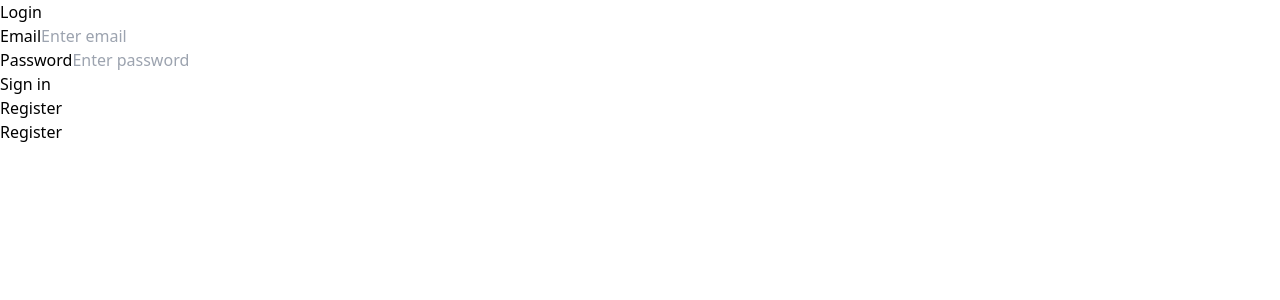
Repository: namandubey-0209/Todo
Page: /login (app in frontend/)
These files come from the project's save history. The page is drawn as it stood at one moment and after the next save; the edit follows.
The browser window is 1280 px wide. The pictures show the whole page.
The page's requests for data from a server got no answer. The project was rebuilt for these pictures with package versions that can differ from the ones it lists, and the page was loaded fresh each time. No one was signed in, and anything a server would have sent is missing. Also part of the build but not shown: frontend/vite.config.js, frontend/src/api/todos.js, frontend/src/hooks/useTodos.js, frontend/src/components/todos/TodoForm.jsx, frontend/src/components/todos/TodoItem.jsx, frontend/src/components/todos/TodoList.jsx, frontend/src/pages/Dashboard.jsx, frontend/src/pages/Register.jsx. Imported but missing from the stored project, and not drawn on this page: frontend/src/components/auth/ProtectedRoute.

Above is the page before, as saved 2025-04-06 03:37:01.

### frontend/index.html
<!doctype html>
<html lang="en">
  <head>
    <meta charset="UTF-8" />
    <link rel="icon" type="image/svg+xml" href="/vite.svg" />
    <meta name="viewport" content="width=device-width, initial-scale=1.0" />
    <title>Todo App</title>
    <link rel="preconnect" href="https://fonts.googleapis.com">
<link rel="preconnect" href="https://fonts.gstatic.com" crossorigin>
<link href="https://fonts.googleapis.com/css2?family=Inter:ital,opsz,wght@0,14..32,100..900;1,14..32,100..900&family=Press+Start+2P&display=swap" rel="stylesheet">
<link rel="stylesheet" href="https://cdnjs.cloudflare.com/ajax/libs/font-awesome/6.7.2/css/all.min.css" integrity="sha512-Evv84Mr4kqVGRNSgIGL/F/aIDqQb7xQ2vcrdIwxfjThSH8CSR7PBEakCr51Ck+w+/U6swU2Im1vVX0SVk9ABhg==" crossorigin="anonymous" referrerpolicy="no-referrer" />
  </head>
  <body>
    <div id="root"></div>
    <script type="module" src="/src/main.jsx"></script>
  </body>
</html>

### frontend/src/main.jsx
import React from 'react';
import ReactDOM from 'react-dom/client';
import App from './App';
import './styles/index.css';

ReactDOM.createRoot(document.getElementById('root')).render(
  <React.StrictMode>
    <App />
  </React.StrictMode>
);

### frontend/src/App.jsx
import { BrowserRouter, Routes, Route } from 'react-router-dom'
import { AuthProvider } from './context/AuthContext'
import Dashboard from './pages/Dashboard'
import Login from './pages/Login'
import Register from './pages/Register'
import ProtectedRoute from './components/auth/ProtectedRoute'

export default function App() {
  return (
    <AuthProvider>
      <BrowserRouter>
        <Routes>
          <Route path="/login" element={<Login />} />
          <Route path="/register" element={<Register />} />
          <Route element={<ProtectedRoute />}>
            <Route path="/" element={<Dashboard />} />
          </Route>
        </Routes>
      </BrowserRouter>
    </AuthProvider>
  )
}

### frontend/src/styles/index.css
@tailwind base;
@tailwind components;
@tailwind utilities;

/* Custom styles */
.todo-completed {
  @apply line-through text-gray-500;
}

### frontend/src/context/AuthContext.jsx
import { createContext, useState } from 'react';
import { login as apiLogin, register as apiRegister } from '../api/auth';

export const AuthContext = createContext();

export const AuthProvider = ({ children }) => {
  const [user, setUser] = useState(null);
  const [token, setToken] = useState(localStorage.getItem('token'));

  const login = async (email, password) => {
    const { token, user } = await apiLogin({ email, password });
    localStorage.setItem('token', token);
    setToken(token);
    setUser(user);
  };

  const register = async (username, email, password) => {
    const { token, user } = await apiRegister({ username, email, password });
    localStorage.setItem('token', token);
    setToken(token);
    setUser(user);
  };

  const logout = () => {
    localStorage.removeItem('token');
    setToken(null);
    setUser(null);
  };

  return (
    <AuthContext.Provider value={{ user, token, login, register, logout }}>
      {children}
    </AuthContext.Provider>
  );
};

### frontend/src/pages/Login.jsx
import { useState } from 'react'
import { useAuth } from '../hooks/useAuth'
import AuthForm from '../components/auth/AuthForm'
import AuthToggle from '../components/auth/AuthToggle'

export default function Login() {
  const { login } = useAuth()
  const [error, setError] = useState('')

  const handleLogin = async (email, password) => {
    try {
      await login(email, password)
    } catch (err) {
      setError('Invalid email or password')
    }
  }

  return (
    <div className="min-h-screen flex items-center justify-center bg-gray-50">
      <div className="bg-white p-8 rounded shadow-md w-full max-w-md">
        <h1 className="text-2xl font-bold mb-6 text-center">Login</h1>
        <AuthForm isLogin onSubmit={handleLogin} error={error} />
        <AuthToggle isLogin />
      </div>
    </div>
  )
}

### frontend/src/api/auth.js
import api from './axios';

export const register = (userData) => api.post('/auth/register', userData);
export const login = (credentials) => api.post('/auth/login', credentials);
export const logout = () => {
  localStorage.removeItem('token');
};

### frontend/src/components/auth/AuthForm.jsx
import { useState } from 'react'

export default function AuthForm({ isLogin, onSubmit, error }) {
  const [formData, setFormData] = useState({
    username: '',
    email: '',
    password: ''
  })

  const handleSubmit = (e) => {
    e.preventDefault()
    if (isLogin) {
      onSubmit(formData.email, formData.password)
    } else {
      onSubmit(formData.username, formData.email, formData.password)
    }
  }

  return (
    <form onSubmit={handleSubmit} className="space-y-4">
      {!isLogin && (
        <div>
          <label className="block text-sm font-medium text-gray-700">Username</label>
          <input
            type="text"
            placeholder="Enter username"
            value={formData.username}
            onChange={(e) => setFormData({...formData, username: e.target.value})}
            className="mt-1 block w-full px-3 py-2 border border-gray-300 rounded-md shadow-sm focus:outline-none focus:ring-blue-500 focus:border-blue-500"
            required
          />
        </div>
      )}

      <div>
        <label className="block text-sm font-medium text-gray-700">Email</label>
        <input
          type="email"
          placeholder="Enter email"
          value={formData.email}
          onChange={(e) => setFormData({...formData, email: e.target.value})}
          className="mt-1 block w-full px-3 py-2 border border-gray-300 rounded-md shadow-sm focus:outline-none focus:ring-blue-500 focus:border-blue-500"
          required
        />
      </div>

      <div>
        <label className="block text-sm font-medium text-gray-700">Password</label>
        <input
          type="password"
          placeholder="Enter password"
          value={formData.password}
          onChange={(e) => setFormData({...formData, password: e.target.value})}
          className="mt-1 block w-full px-3 py-2 border border-gray-300 rounded-md shadow-sm focus:outline-none focus:ring-blue-500 focus:border-blue-500"
          required
        />
      </div>

      {error && <p className="text-red-500 text-sm">{error}</p>}

      <button
        type="submit"
        className="w-full flex justify-center py-2 px-4 border border-transparent rounded-md shadow-sm text-sm font-medium text-white bg-blue-600 hover:bg-blue-700 focus:outline-none focus:ring-2 focus:ring-offset-2 focus:ring-blue-500"
      >
        {isLogin ? 'Sign in' : 'Register'}
      </button>
    </form>
  )
}

### frontend/src/components/auth/AuthToggle.jsx
import { useState } from 'react';

export default function RegisterForm({ onSubmit, error }) {
  const [username, setUsername] = useState('');
  const [email, setEmail] = useState('');
  const [password, setPassword] = useState('');

  const handleSubmit = (e) => {
    e.preventDefault();
    onSubmit(username, email, password);
  };

  return (
    <div className="bg-white p-8 rounded shadow-md w-full max-w-md">
      <h1 className="text-2xl font-bold mb-6 text-center">Register</h1>
      {error && <p className="text-red-500 mb-4 text-center">{error}</p>}
      <form onSubmit={handleSubmit}>
        {/* Form fields */}
        <button
          type="submit"
          className="w-full bg-blue-500 text-white py-2 px-4 rounded hover:bg-blue-600"
        >
          Register
        </button>
      </form>
    </div>
  );
}

### frontend/src/api/axios.js
import axios from 'axios';

const api = axios.create({
  baseURL: import.meta.env.VITE_API_URL || 'http://localhost:5000/api'
});

api.interceptors.request.use(config => {
  const token = localStorage.getItem('token');
  if (token) config.headers.Authorization = `Bearer ${token}`;
  return config;
});

api.interceptors.response.use(
  response => response,
  error => {
    if (error.response?.status === 401) {
      localStorage.removeItem('token');
      window.location.href = '/login';
    }
    return Promise.reject(error);
  }
);

export default api;

Loaded but not shown: frontend/src/hooks/useAuth.js (common file)

After the next save:
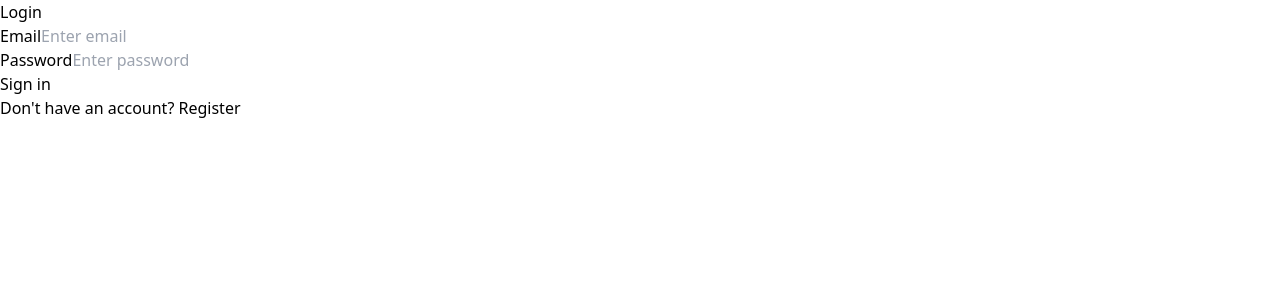
Saved 11 s later.
--- a/frontend/src/components/auth/AuthToggle.jsx
+++ b/frontend/src/components/auth/AuthToggle.jsx
@@ -1,28 +1,13 @@
-import { useState } from 'react';
+import { Link } from 'react-router-dom'
 
-export default function RegisterForm({ onSubmit, error }) {
-  const [username, setUsername] = useState('');
-  const [email, setEmail] = useState('');
-  const [password, setPassword] = useState('');
-
-  const handleSubmit = (e) => {
-    e.preventDefault();
-    onSubmit(username, email, password);
-  };
-
+export default function AuthToggle({ isLogin }) {
   return (
-    <div className="bg-white p-8 rounded shadow-md w-full max-w-md">
-      <h1 className="text-2xl font-bold mb-6 text-center">Register</h1>
-      {error && <p className="text-red-500 mb-4 text-center">{error}</p>}
-      <form onSubmit={handleSubmit}>
-        {/* Form fields */}
-        <button
-          type="submit"
-          className="w-full bg-blue-500 text-white py-2 px-4 rounded hover:bg-blue-600"
-        >
-          Register
-        </button>
-      </form>
-    </div>
-  );
+    <p className="mt-4 text-center text-sm text-gray-600">
+      {isLogin ? (
+        <>Don't have an account? <Link to="/register" className="font-medium text-blue-600 hover:text-blue-500">Register</Link></>
+      ) : (
+        <>Already have an account? <Link to="/login" className="font-medium text-blue-600 hover:text-blue-500">Login</Link></>
+      )}
+    </p>
+  )
 }
